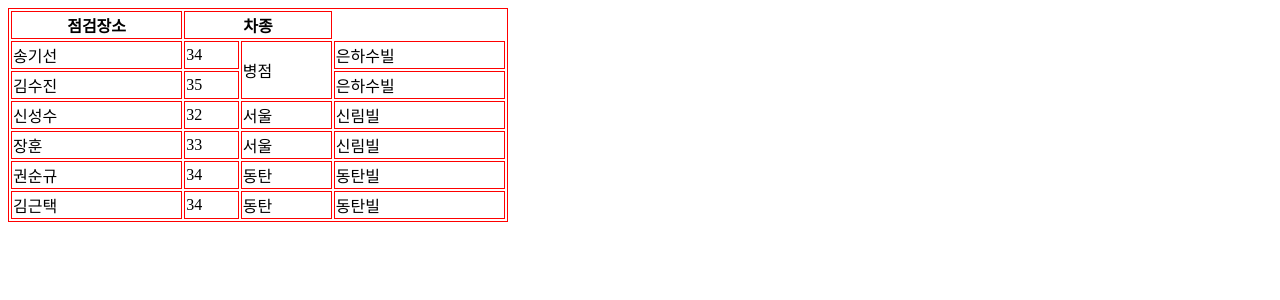
Repository: kisunssong/jsp
Page: http://localhost/test/tabletest.jsp
These files come from the project's save history. The page is drawn as it stood at one moment and after the next save; the edit follows.
The browser window is 1280 px wide. The pictures show the whole page.
The page is served by Tomcat 9.

Above is the page before, as saved 2020-10-31 09:13:04.

### test/WebContent/tabletest.jsp
<%@ page language="java" contentType="text/html; charset=EUC-KR"
    pageEncoding="EUC-KR"%>
<html>
<head><title>테이블 생성 기초</title></head>
<body>
<table border="1" bordercolor="red" width="500">
	<thead>
		<tr>
			<th>점검장소</th><th colspan="2">차종</th>
		</tr>
	</thead>
	<tbody>
		<tr>
			<td>송기선</td><td>34</td><td rowspan="2">병점</td><td>은하수빌</td>
		</tr>
		<tr>
			<td>김수진</td><td>35</td><td>은하수빌</td>
		</tr>
		<tr>
			<td>신성수</td><td>32</td><td>서울</td><td>신림빌</td>
		</tr>
		<tr>
			<td>장훈</td><td>33</td><td>서울</td><td>신림빌</td>
		</tr>
		<tr>
			<td>권순규</td><td>34</td><td>동탄</td><td>동탄빌</td>
		</tr>
		<tr>
			<td>김근택</td><td>34</td><td>동탄</td><td>동탄빌</td>
		</tr>
</table>
</body>
</html>

After the next save:
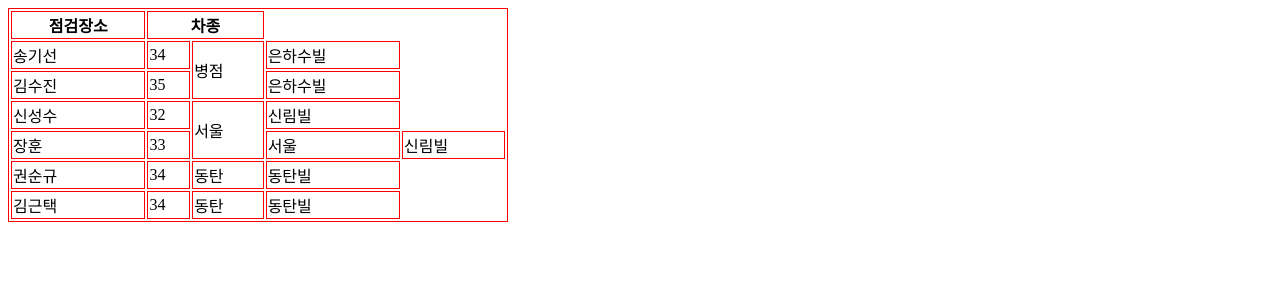
Saved 10 s later.
--- a/test/WebContent/tabletest.jsp
+++ b/test/WebContent/tabletest.jsp
@@ -17,7 +17,7 @@
 			<td>김수진</td><td>35</td><td>은하수빌</td>
 		</tr>
 		<tr>
-			<td>신성수</td><td>32</td><td>서울</td><td>신림빌</td>
+			<td>신성수</td><td>32</td><td rowspan="2">서울</td><td>신림빌</td>
 		</tr>
 		<tr>
 			<td>장훈</td><td>33</td><td>서울</td><td>신림빌</td>
